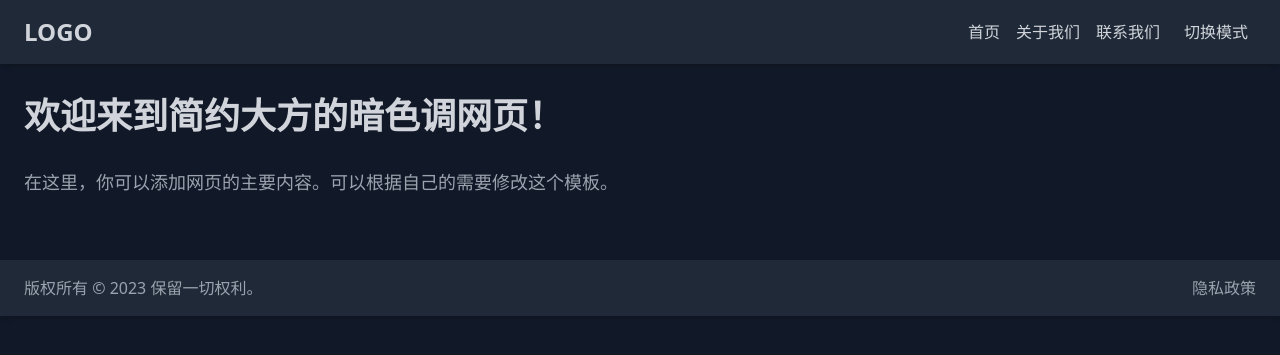
Repository: skybainiao/HackerStarter
Page: index.html
These files come from the project's save history. The page is drawn as it stood at one moment and after the next save; the edit follows.
The browser window is 1280 px wide. The pictures show the whole page.

Above is the page before, as saved 2023-04-08 15:03:12.

### index.html
<!DOCTYPE html>
<html lang="zh">
<head>


    <meta charset="UTF-8">
    <meta name="viewport" content="width=device-width, initial-scale=1.0">
    <title>简约大方的暗色调网页</title>
    <link href="https://cdn.jsdelivr.net/npm/tailwindcss@2.2.16/dist/tailwind.min.css" rel="stylesheet">

    <style>
      :root {
        --text-main: white;
        --text-secondary: gray;
      }

      [data-theme="dark"] {
        --text-main: black;
        --text-secondary: darkgray;
      }

      body {
        transition: background-color 0.3s ease, color 0.3s ease;
      }
    </style>


</head>



<body class="bg-gray-900 text-gray-300">
    <!-- 导航栏 -->
    <header class="bg-gray-800 shadow-md">
        <nav class="container mx-auto px-6 py-3">
            <div class="flex items-center justify-between">
                <div>
                    <a href="#" class="text-gray-300 text-2xl font-semibold">LOGO</a>
                </div>
                <div class="hidden md:flex items-center space-x-4">
                    <a href="#" class="text-gray-300 hover:text-white">首页</a>
                    <a href="#" class="text-gray-300 hover:text-white">关于我们</a>
                    <a href="#" class="text-gray-300 hover:text-white">联系我们</a>
                    <button id="themeToggle" class="text-[var(--text-main)] p-2 rounded focus:outline-none focus:ring-2 focus:ring-[var(--text-main)]">切换模式</button>
                </div>
            </div>
        </nav>
    </header>

    <!-- 主内容 -->
    <main class="container mx-auto px-6 py-8">
        <h1 class="text-4xl font-bold text-gray-300 mb-8">欢迎来到简约大方的暗色调网页！</h1>
        <p class="text-gray-400 text-lg mb-8">在这里，你可以添加网页的主要内容。可以根据自己的需要修改这个模板。</p>
    </main>

    <!-- 页脚 -->
    <footer class="bg-gray-800 shadow-md">
        <div class="container mx-auto px-6 py-4">
            <div class="flex justify-between items-center">
                <div>
                    <p class="text-gray-400">版权所有 &copy; 2023 保留一切权利。</p>
                </div>
                <div>
                    <a href="#" class="text-gray-400 hover:text-gray-300">隐私政策</a>
                </div>
            </div>
        </div>
    </footer>
</body>



<script>
  document.addEventListener('DOMContentLoaded', function () {
      const themeToggle = document.getElementById('themeToggle');
      themeToggle.addEventListener('click', function () {
          if (document.documentElement.hasAttribute('data-theme')) {
              document.documentElement.removeAttribute('data-theme');
              themeToggle.textContent = '切换暗色调';
          } else {
              document.documentElement.setAttribute('data-theme', 'dark');
              themeToggle.textContent = '切换明亮色调';
          }
      });
  });
</script>


</html>

After the next save:
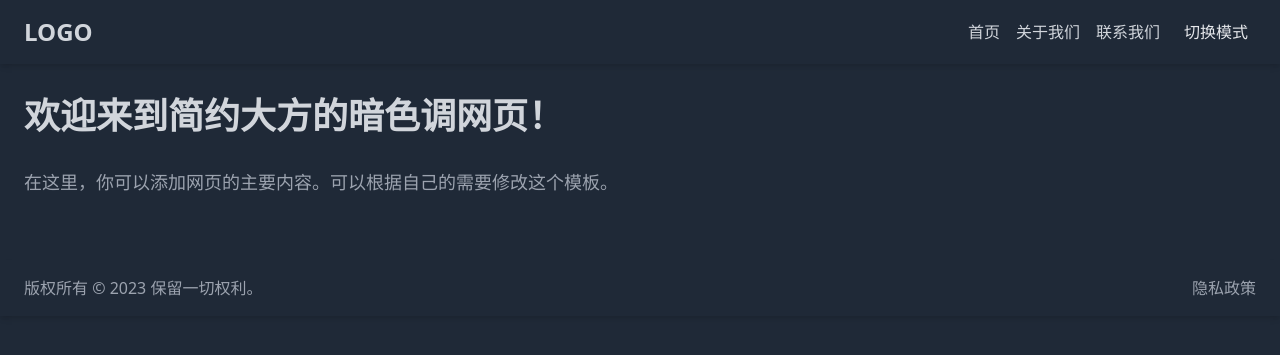
Saved 6 min 11 s later.
--- a/index.html
+++ b/index.html
@@ -1,35 +1,28 @@
 <!DOCTYPE html>
 <html lang="zh">
 <head>
-
-
     <meta charset="UTF-8">
     <meta name="viewport" content="width=device-width, initial-scale=1.0">
     <title>简约大方的暗色调网页</title>
     <link href="https://cdn.jsdelivr.net/npm/tailwindcss@2.2.16/dist/tailwind.min.css" rel="stylesheet">
+    <style>
+        :root {
+            --bg-main: #1F2937;
+            --text-main: #E5E7EB;
+        }
 
-    <style>
-      :root {
-        --text-main: white;
-        --text-secondary: gray;
-      }
+        [data-theme="light"] {
+            --bg-main: #ffffff;
+            --text-main: #111827;
+        }
 
-      [data-theme="dark"] {
-        --text-main: black;
-        --text-secondary: darkgray;
-      }
-
-      body {
-        transition: background-color 0.3s ease, color 0.3s ease;
-      }
+        body {
+            background-color: var(--bg-main);
+            color: var(--text-main);
+        }
     </style>
-
-
 </head>
-
-
-
-<body class="bg-gray-900 text-gray-300">
+<body>
     <!-- 导航栏 -->
     <header class="bg-gray-800 shadow-md">
         <nav class="container mx-auto px-6 py-3">
@@ -66,24 +59,20 @@
             </div>
         </div>
     </footer>
+
+    <script>
+        document.addEventListener('DOMContentLoaded', function () {
+            const themeToggle = document.getElementById('themeToggle');
+            themeToggle.addEventListener('click', function () {
+                if (document.documentElement.hasAttribute('data-theme')) {
+                    document.documentElement.removeAttribute('data-theme');
+                    themeToggle.textContent = '切换明亮色调';
+                } else {
+                    document.documentElement.setAttribute('data-theme', 'light');
+                    themeToggle.textContent = '切换暗色调';
+                }
+            });
+        });
+    </script>
 </body>
-
-
-
-<script>
-  document.addEventListener('DOMContentLoaded', function () {
-      const themeToggle = document.getElementById('themeToggle');
-      themeToggle.addEventListener('click', function () {
-          if (document.documentElement.hasAttribute('data-theme')) {
-              document.documentElement.removeAttribute('data-theme');
-              themeToggle.textContent = '切换暗色调';
-          } else {
-              document.documentElement.setAttribute('data-theme', 'dark');
-              themeToggle.textContent = '切换明亮色调';
-          }
-      });
-  });
-</script>
-
-
 </html>
